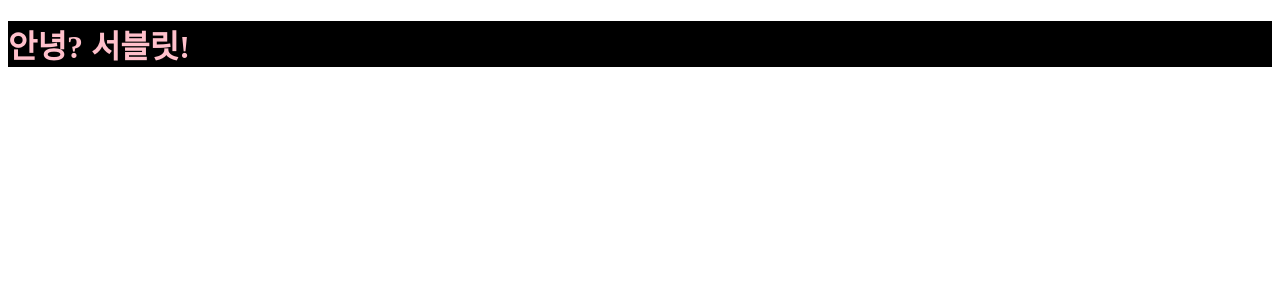
Repository: yoonseo0832/workspace
Page: 05_server/1_servlet/src/main/webapp/index.html
The author's editor kept a copy of each file at every save. The page is drawn from the files as they stood at one save, then again after the next save.
The browser window is 1280 px wide. The pictures show the whole page.

Above is the page before, as saved 2025-03-19 01:35:04.

### 05_server/1_servlet/src/main/webapp/index.html
<!DOCTYPE html>
<html>
<head>
<meta charset="UTF-8">
<title>서블릿 시작!</title>
<style>
	h1{
		color: pink;
		background-color: black;
	}
</style>
</head>
<body>
	<h1>안녕? 서블릿!</h1>
</body>
</html>

After the next save:
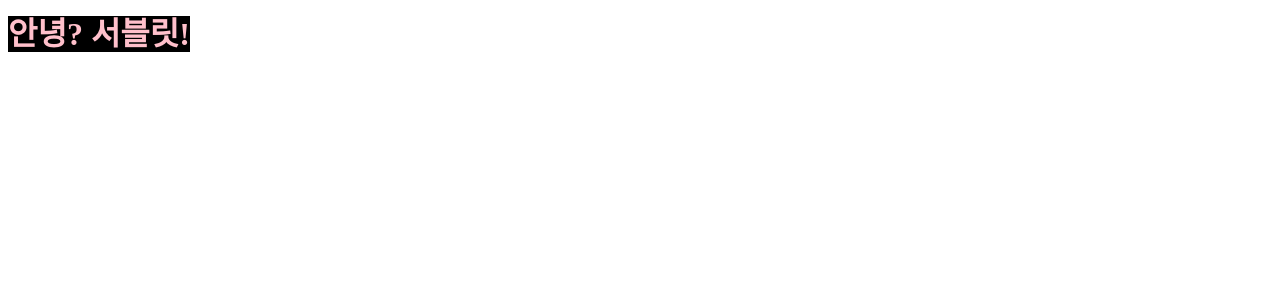
Saved 14 s later.
--- a/05_server/1_servlet/src/main/webapp/index.html
+++ b/05_server/1_servlet/src/main/webapp/index.html
@@ -7,6 +7,7 @@
 	h1{
 		color: pink;
 		background-color: black;
+		display: inline;
 	}
 </style>
 </head>
